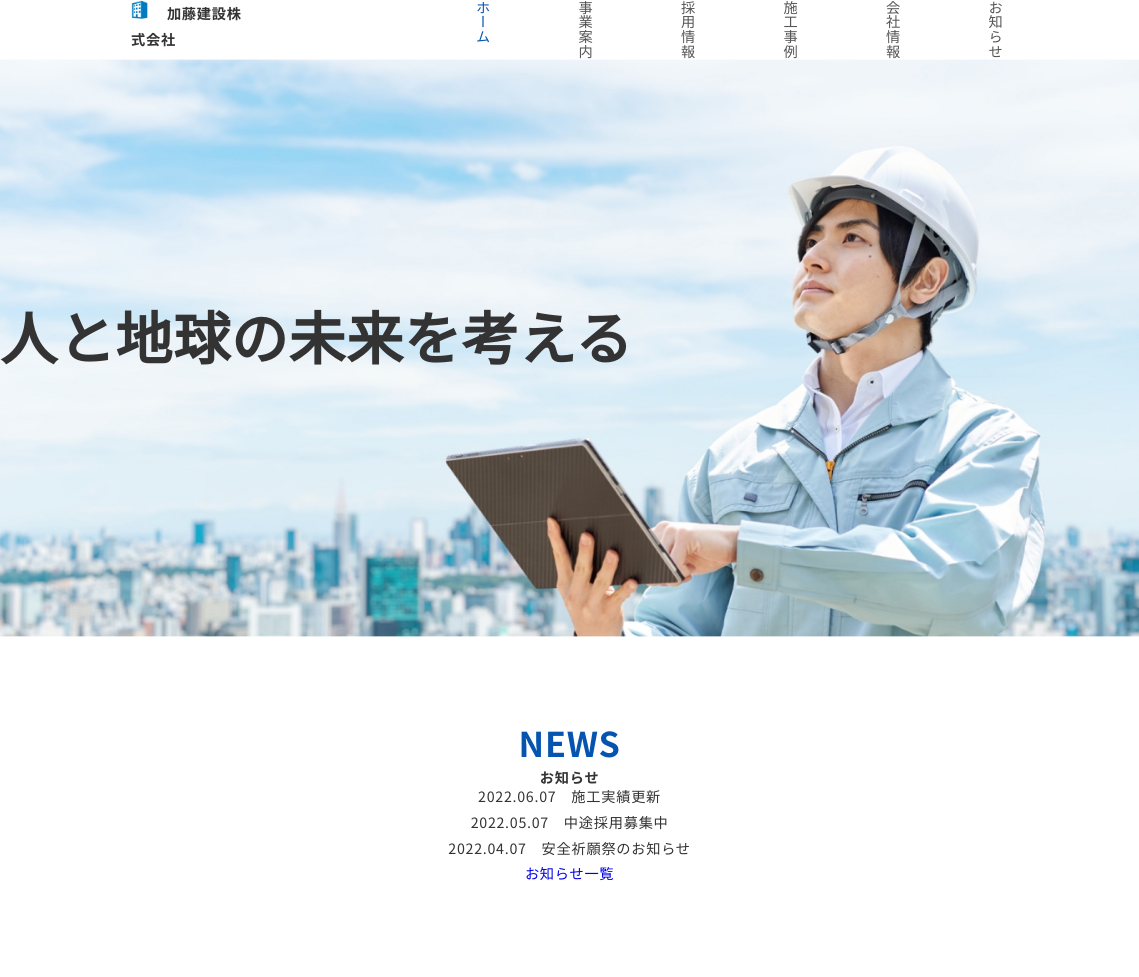
Repository: nozomi-23/hp1_test
Page: index.html
These files come from the project's save history. The page is drawn as it stood at one moment and after a run of saves; the edit follows.
The browser window is 1280 px wide. The pictures show the whole page, at 89% of full size.

Above is the page before, as saved 2022-06-12 11:10:03.

### index.html
<!DOCTYPE html>
<html lang="ja">
<head>
<meta charset="UTF-8">
<title>加藤建設 株式会社</title>
<meta name="description" content="人と地球の未来を考える 加藤建設 株式会社">
<meta name="keywords" content="建築,土木,インフラ">
<meta name="viewport" content="width=device-width, initial-scale=1.0">
<meta property="og:title" content="建築依頼なら「加藤建設 株式会社」">
<meta property="og:type" content="article">
<meta property="og:url" content="https://withcode-plus.tech">
<meta property="og:image" content="img/logo.png">
<meta property="og:description" content="確かな技術力が自慢、インフラから地域貢献まで加藤建設にお任せ下さい">
<meta property="og:site_name" content="加藤建設 株式会社">
<link rel="icon" href="img/favicon.ico">
<link rel="apple-touch-icon" sizes="180x180" href="img/logo.png">
<link rel="preconnect" href="https://fonts.googleapis.com">
<link rel="preconnect" href="https://fonts.gstatic.com" crossorigin>
<link href="https://fonts.googleapis.com/css2?family=Noto+Sans+JP:wght@400;500;700&family=Noto+Serif+JP&display=swap"
  rel="stylesheet">
<link rel="stylesheet" type="text/css" href="css/reset.css">
<link rel="stylesheet" type="text/css" href="css/common1.css">
<link rel="stylesheet" type="text/css" href="css/index.css">
</head>
<body>
  <!-- =========header -->
  <header>
    <div class="header_wrapper">
      <div class="header_inner">
        <h1 class="header_left">加藤建設株式会社</h1>
        <nav class="header_right" >
          <ul class="header_list">
            <li><a href="#" class="color">ホーム</a></li>
            <li><a href="html/business.html">事業案内</a></li>
            <li><a href="html/recruit.html">採用情報</a></li>
            <li><a href="html/work.html">施工事例</a></li>
            <li><a href="html/company.html">会社情報</a></li>
            <li><a href="html/news.html">お知らせ</a></li>
          </ul>
        </nav>
      </div>
    </div>
  </header>
  <!-- =========main_view -->
  <main>
    <section class="main_wrapper">
      <div class="main_txt">
        <h3>人と地球の未来を考える</h3>
      </div>
    </section>
    <!-- =========news -->
    <section class="news section">
      <div class="news_wrapper">
        <h2 class="title">NEWS<br>
          <small>お知らせ</small></h2>
        <ul class="news_list">
          <li>2022.06.07&emsp;施工実績更新</li>
          <li>2022.05.07&emsp;中途採用募集中</li>
          <li>2022.04.07&emsp;安全祈願祭のお知らせ</li>
        </ul>
        <div class="btn">
          <a href="html/news.html">お知らせ一覧</a>
        </div>
      </div>
    </section>
  </main>
</body>
</html>

### css/reset.css
@charset "UTF-8";

html,
body,
div,
span,
object,
iframe,
h1,
h2,
h3,
h4,
h5,
h6,
p,
blockquote,
pre,
abbr,
address,
cite,
code,
del,
dfn,
em,
img,
ins,
kbd,
q,
samp,
small,
strong,
sub,
sup,
var,
b,
i,
dl,
dt,
dd,
ol,
ul,
li,
fieldset,
form,
label,
legend,
table,
caption,
tbody,
tfoot,
thead,
tr,
th,
td,
article,
aside,
canvas,
details,
figcaption,
figure,
footer,
header,
hgroup,
menu,
nav,
section,
summary,
time,
mark,
audio,
video {
  margin: 0;
  padding: 0;
  border: 0;
  outline: 0;
  font-size: 100%;
  vertical-align: baseline;
  background: transparent;
}

body {
  line-height: 1;
}

article,
aside,
details,
figcaption,
figure,
footer,
header,
hgroup,
menu,
nav,
section {
  display: block;
}

nav ul {
  list-style: none;
}

blockquote,
q {
  quotes: none;
}

blockquote:before,
blockquote:after,
q:before,
q:after {
  content: '';
  content: none;
}

a {
  margin: 0;
  padding: 0;
  font-size: 100%;
  vertical-align: baseline;
  background: transparent;
}

/* change colours to suit your needs */
ins {
  background-color: #ff9;
  color: #000;
  text-decoration: none;
}

/* change colours to suit your needs */
mark {
  background-color: #ff9;
  color: #000;
  font-style: italic;
  font-weight: bold;
}

del {
  text-decoration: line-through;
}

abbr[title],
dfn[title] {
  border-bottom: 1px dotted;
  cursor: help;
}

table {
  border-collapse: collapse;
  border-spacing: 0;
}

/* change border colour to suit your needs */
hr {
  display: block;
  height: 1px;
  border: 0;
  border-top: 1px solid #cccccc;
  margin: 1em 0;
  padding: 0;
}

input,
select {
  vertical-align: middle;
}

### css/common1.css
@charset "UTF-8";

body {
  color: #333;
  letter-spacing: 0.05em;
  line-height: 1.8;
  font-family: 'Noto Sans JP', sans-serif ,'Noto Serif JP',
  serif;
}
li {
  list-style: none;
}

a {
  text-decoration: none;
}
.section {
  margin: 8% 0;
}


/* タイトル */
.title {
  color: #0554B0;
  font-weight: bold;
  font-size: 2.4rem;
  line-height: 0.8;
}
.news_wrapper small {
  font-size: 1rem;
  color: #333;
}

### css/index.css
@charset "UTF-8";

/* =================
header
===================*/
.header_wrapper {
  display: flex;
  justify-content: center;
}
.header_inner {
  width: 77%;
  display: flex;
  justify-content: space-between;

}
.header_list {
  display: table;
}
.header_list li {
  display: table-cell;
  writing-mode: vertical-rl;
}
.header_list li a {
  color: #555;
}
.header_list li a:hover {
  opacity: 0.5;
}
.header_list li a.color {
  color: #0554B0;
}

.header_left::before {
  content: "";
  background: url(../img/name_icon.png) no-repeat ;
  background-size: contain;
  width: 30%;
  height: 30%;
  z-index: 1;
  display: inline-block;
}

/* =================
main_view
===================*/
.main_wrapper {
  background: url(../img/top_img.png)no-repeat center;
  background-size: cover;
  width: 100%;
  height: 90vh;
}
.main_txt {
  font-size: 4rem;
  font-weight: normal;
  font-family: 'Noto Serif JP';
  position: relative;
  top: 40%;
}
/* =================
news
===================*/
.news {
  text-align: center;
  display: block;
}

.news_list ul{
  padding: 3%;

}
.news_list ul li {
  margin-bottom: 1rem;
}

After the next 2 saves:
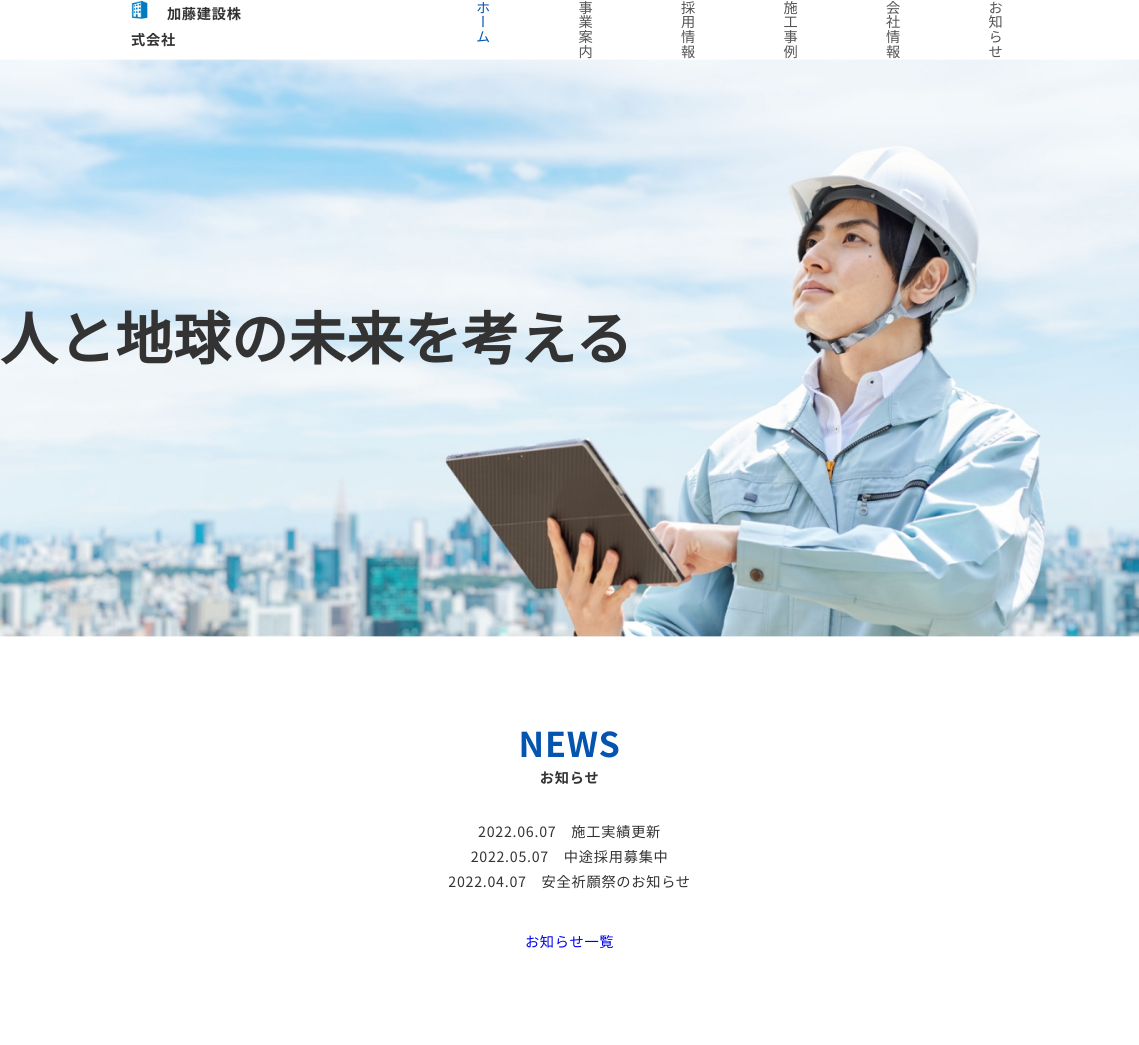
The 2 saves are shown as one change because they came seconds apart.
The last was saved 16 s later.
--- a/css/index.css
+++ b/css/index.css
@@ -64,7 +64,7 @@ news
   display: block;
 }
 
-.news_list ul{
+.news_list {
   padding: 3%;
 
 }
